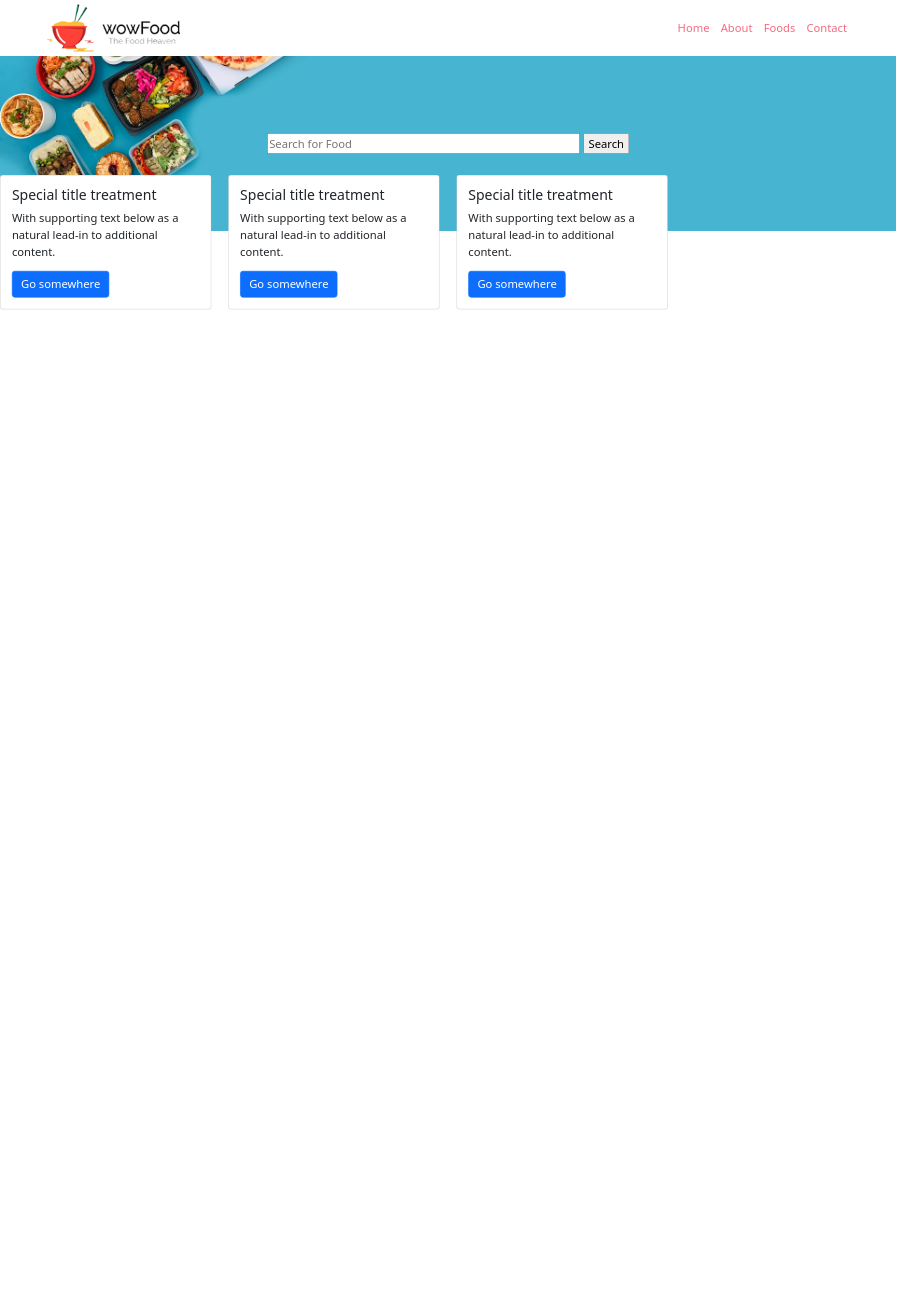
Repository: ruaruababa/RestaurantBS5
Page: html/index.html
These files come from the project's save history. The page is drawn as it stood at one moment and after a run of saves; the edit follows.
The browser window is 1280 px wide. The page is 1292 px wide, so the pictures cover 1292 px, including what lies to the right of the window. The pictures show the part of the page from y = 0 to 1880 px (the page is 3000 px tall), at 70% of full size.

Above is the page before, as saved 2021-09-25 17:04:32.

After the next 3 saves:
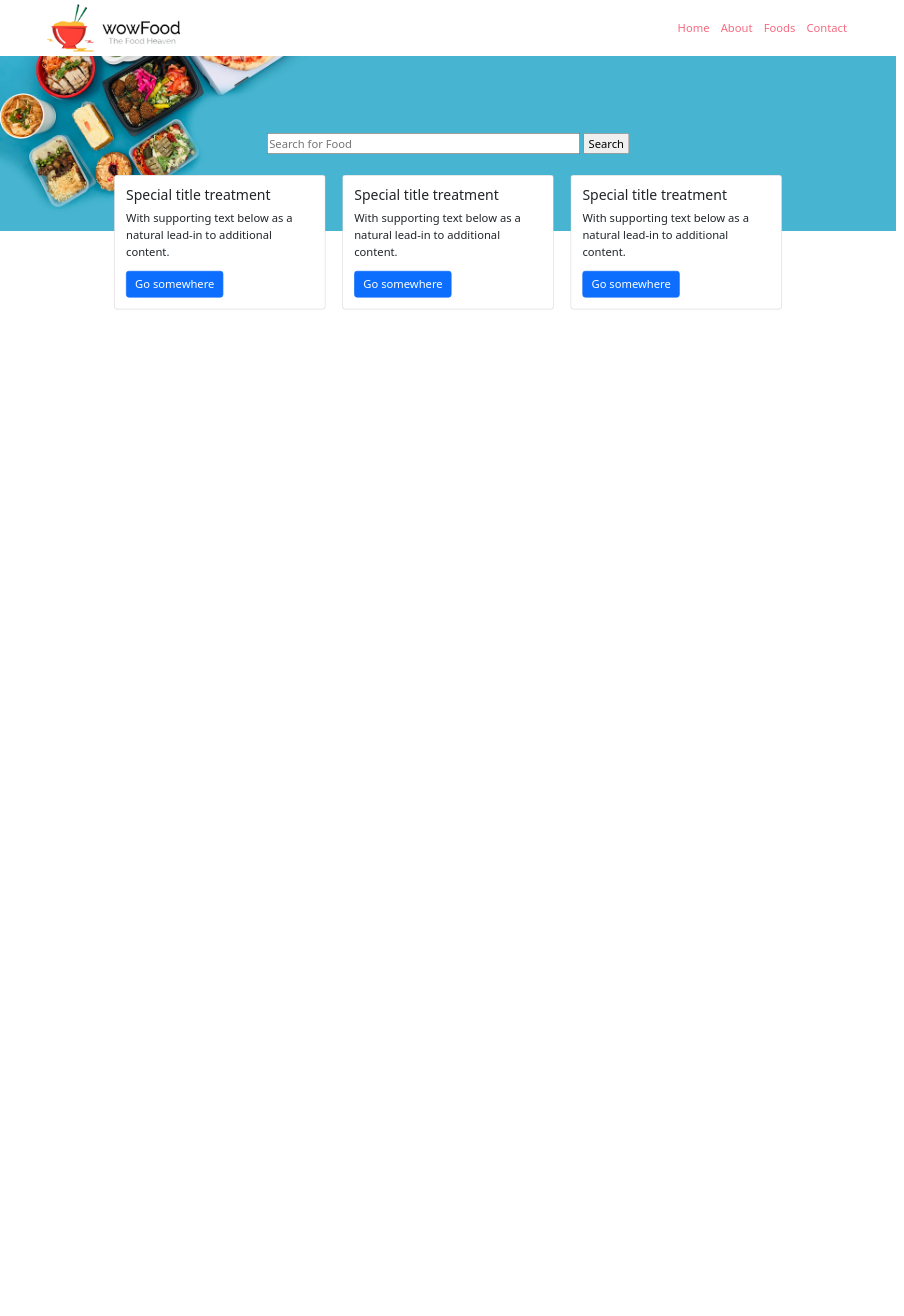
The 3 saves are shown as one change because they came seconds apart.
The last was saved 13 s later.
--- a/html/index.html
+++ b/html/index.html
@@ -59,7 +59,7 @@
     <!-- end section background -->
 
     <section>
-        <div class="row ju">
+        <div class="row justify-content-center">
             <div class="col-sm-3">
                 <div class="card">
                     <div class="card-body">
